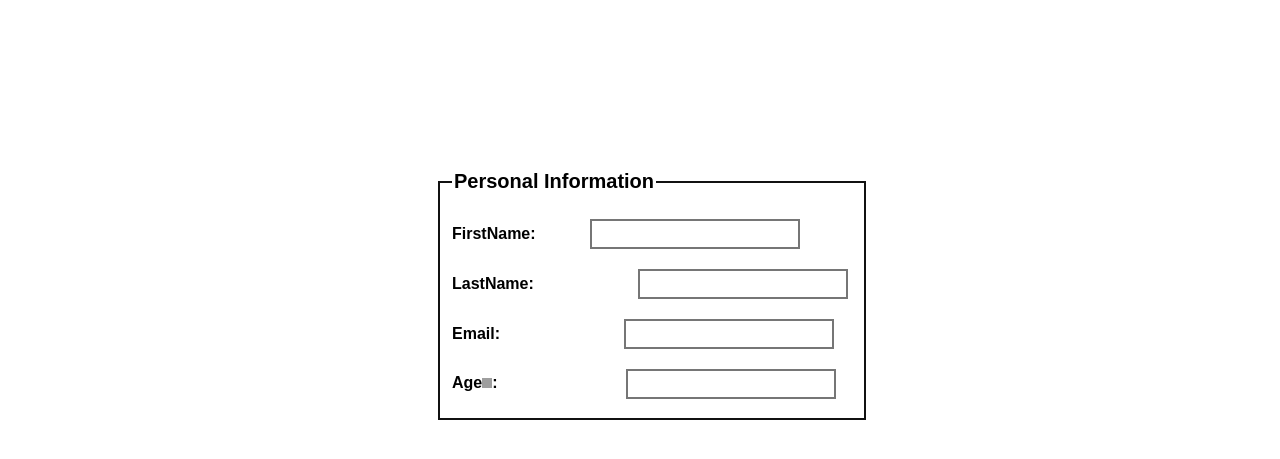
Repository: Femi007-gh/Legend
Page: index.html
These files come from the project's save history. The page is drawn as it stood at one moment and after a run of saves; the edit follows.
The browser window is 1280 px wide. The pictures show the whole page.
Pictures or frames that could not be fetched are drawn as grey boxes.

Above is the page before, as saved 2025-04-04 17:45:27.

After the next 2 saves:
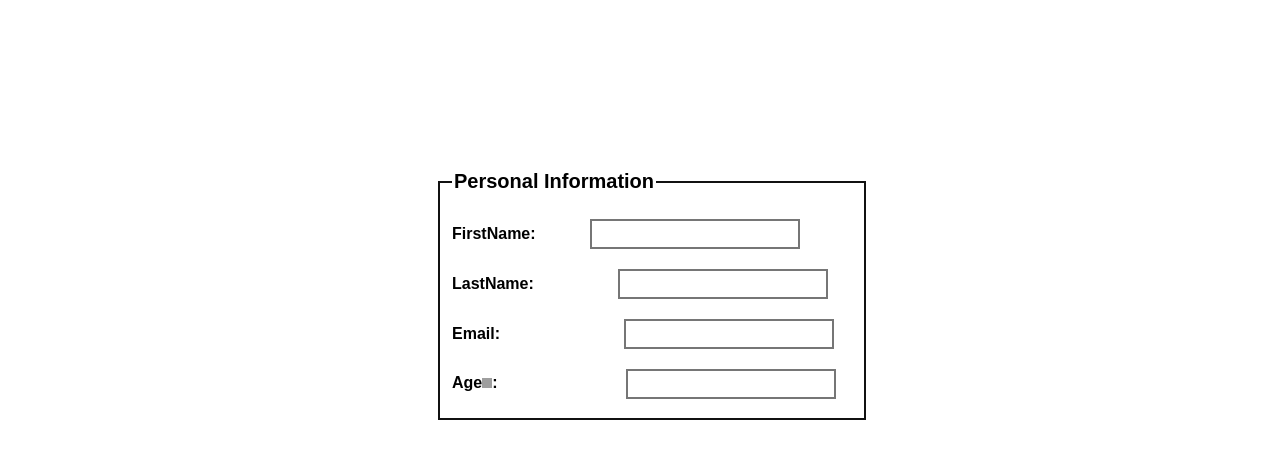
The 2 saves are shown as one change because they came seconds apart.
The last was saved 9 s later.
--- a/style.css
+++ b/style.css
@@ -30,7 +30,7 @@ body {
 
 .LN {
   margin-top: 20px;
-  margin-left: 100px;
+  margin-left: 80px;
   border-style: solid;
   height: 30px;
   width: 210px;
